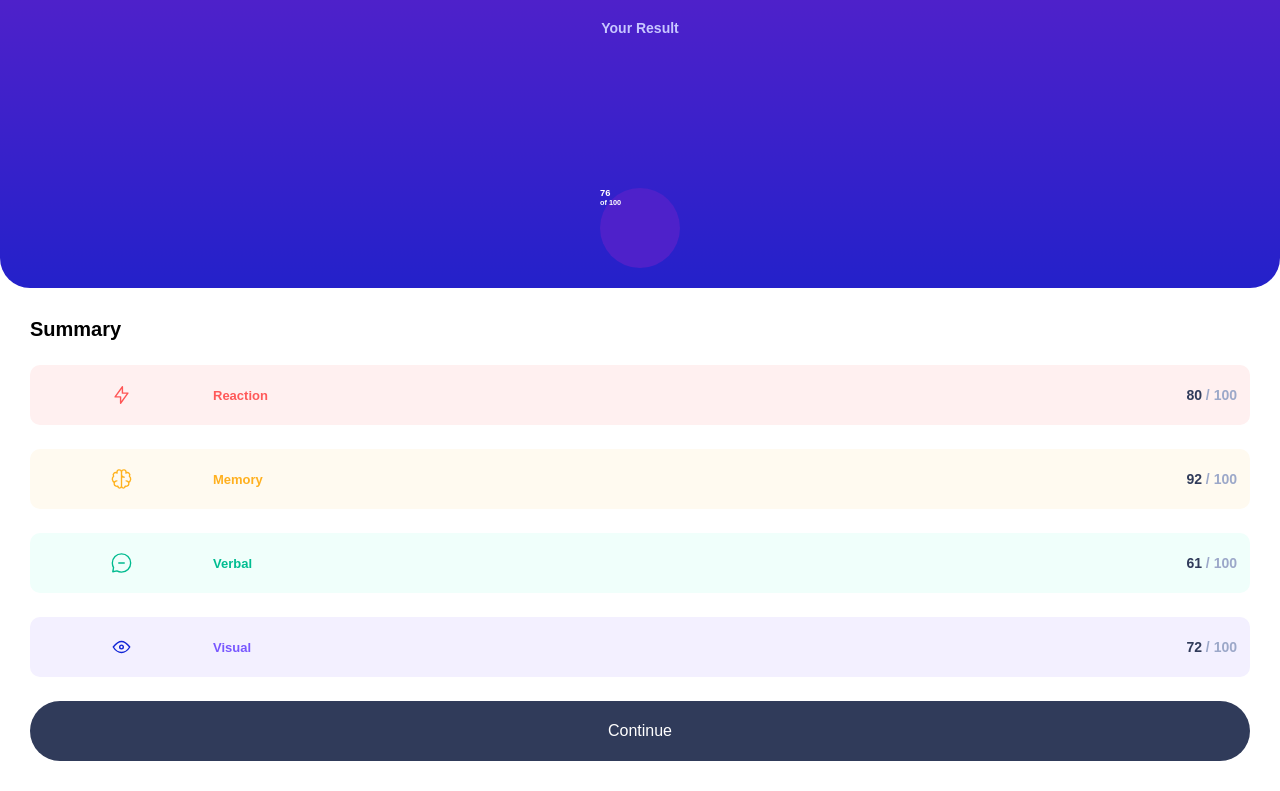
Repository: limaneto/frontend-mentor-results-summary
Page: index.html
An editor plug-in stored every save of this project. The page is shown before and after the next save, followed by the edit.
The browser window is 1280 px wide. The pictures show the whole page.

Above is the page before, as saved 2023-11-06 09:04:02.

After the next save:
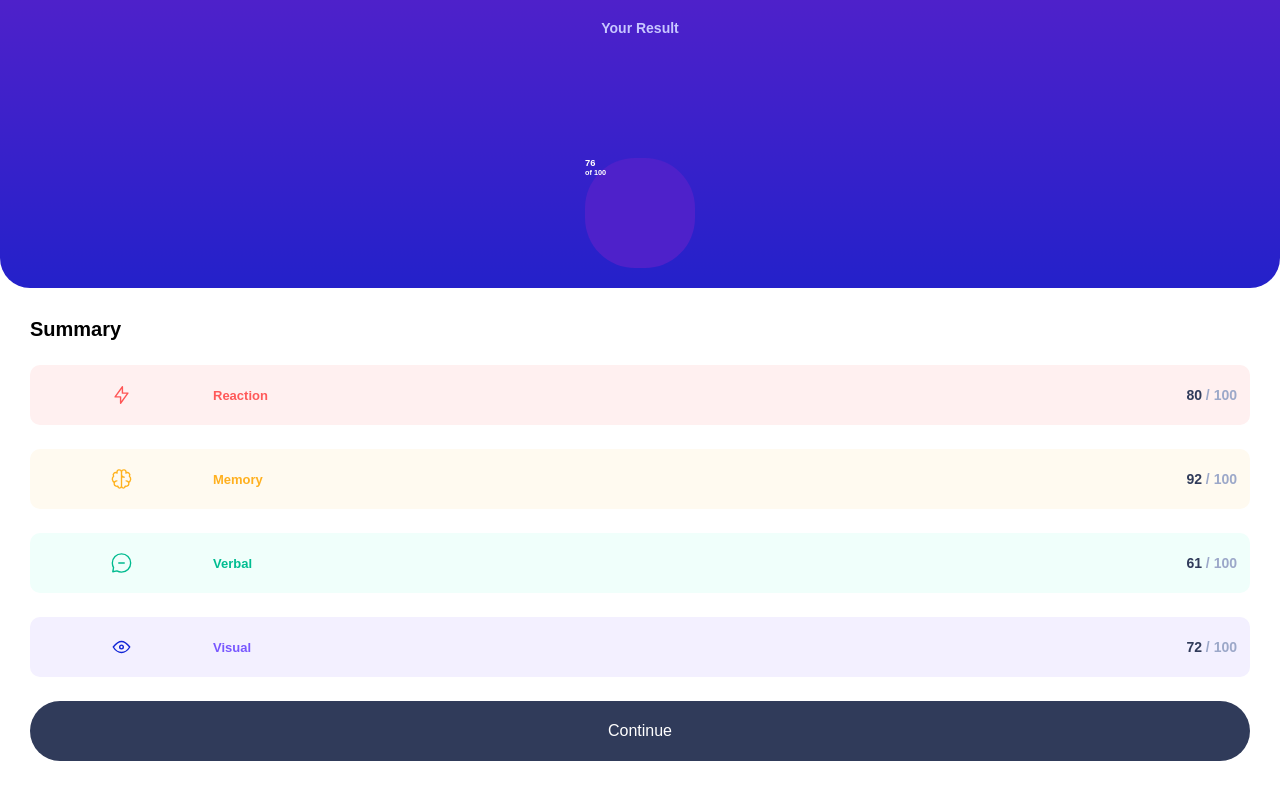
Saved 11 s later.
--- a/style.css
+++ b/style.css
@@ -60,8 +60,8 @@ section > h1 {
 }
 
 #score {
-  height: 80px;
-  width: 80px;
+  height: 110px;
+  width: 110px;
   border-radius: 5rem;
   background-color: var(--g-violet-blue);
 }
